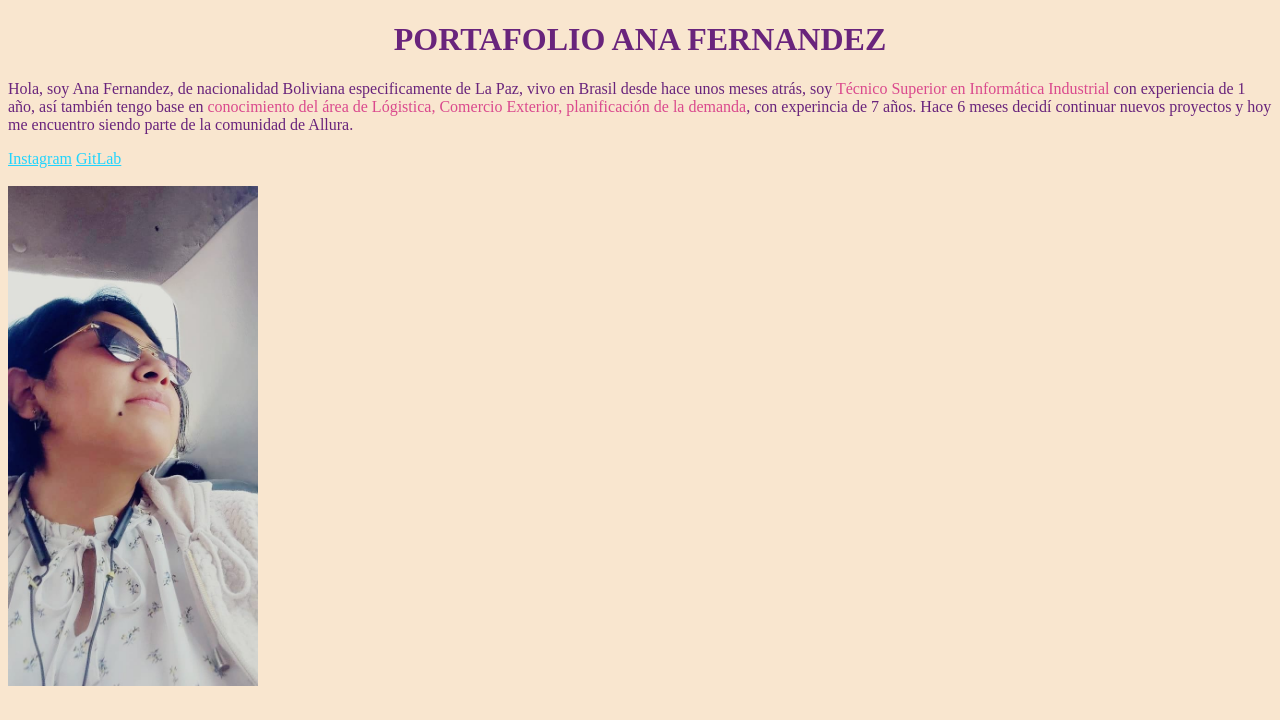
Repository: AnaFzCz/PROYECTOS-HTML---CSS2
Page: Portafolio/index.html
An editor plug-in stored every save of this project. The page is shown before and after the next save, followed by the edit.
The browser window is 1280 px wide. The pictures show the whole page.

Above is the page before, as saved 2025-01-23 06:51:05.

### Portafolio/index.html
<!DOCTYPE html>
<html lang="en">
<head>
    <meta charset="UTF-8">
    <meta http-equiv="X-UA-Compatible" content="IE=edge">
    <meta name="viewport" content="width=device-width, initial-scale=1.0">
    <title>Portafolio</title>
    <link rel="stylesheet" href="style.css">
</head>
<body>
    <header>

    </header>
    <main>
        <h1 style="text-align: center;">PORTAFOLIO ANA FERNANDEZ</h1>
        <p>Hola, soy Ana Fernandez, de nacionalidad Boliviana especificamente de La Paz, vivo en Brasil desde hace unos meses atrás, soy <span>Técnico Superior en Informática Industrial</span> con experiencia de 1 año, así también tengo base en <span>conocimiento del área de Lógistica, Comercio Exterior, planificación de la demanda</span>, con experincia de 7 años. Hace 6 meses decidí continuar nuevos proyectos y hoy me encuentro siendo parte de la comunidad de Allura.</p>
            <div >
        <a href="https://instagram.com/anafzcz">Instagram</a>
        <a href="https://github.com/AnaFzCz">GitLab</a>
        <br>
        <br>
        <img src="mindfullness.jpg" alt="myself" style="width:250px;height: 500px;">
        </div>
    </main>
    <footer></footer>
</body>
</html>

### Portafolio/style.css
body{
   background-color: #F9E6CF;
   color:#69247C;
    font-family: "papyrus";
}

span{
    color:#DA498D;
}

a{
    color: #22D4FD;
    align-content:center;
    /*border: 1px solid #22D4FD;
    padding: 10px;*/
}

h1 {
   align-content: center;
}
/*
button {
    background-color: green;
    color: white;

}
footer {
    background-color: gray;
    color: white;

}
a {
    color: DodgerBlue;

}*/

After the next save:
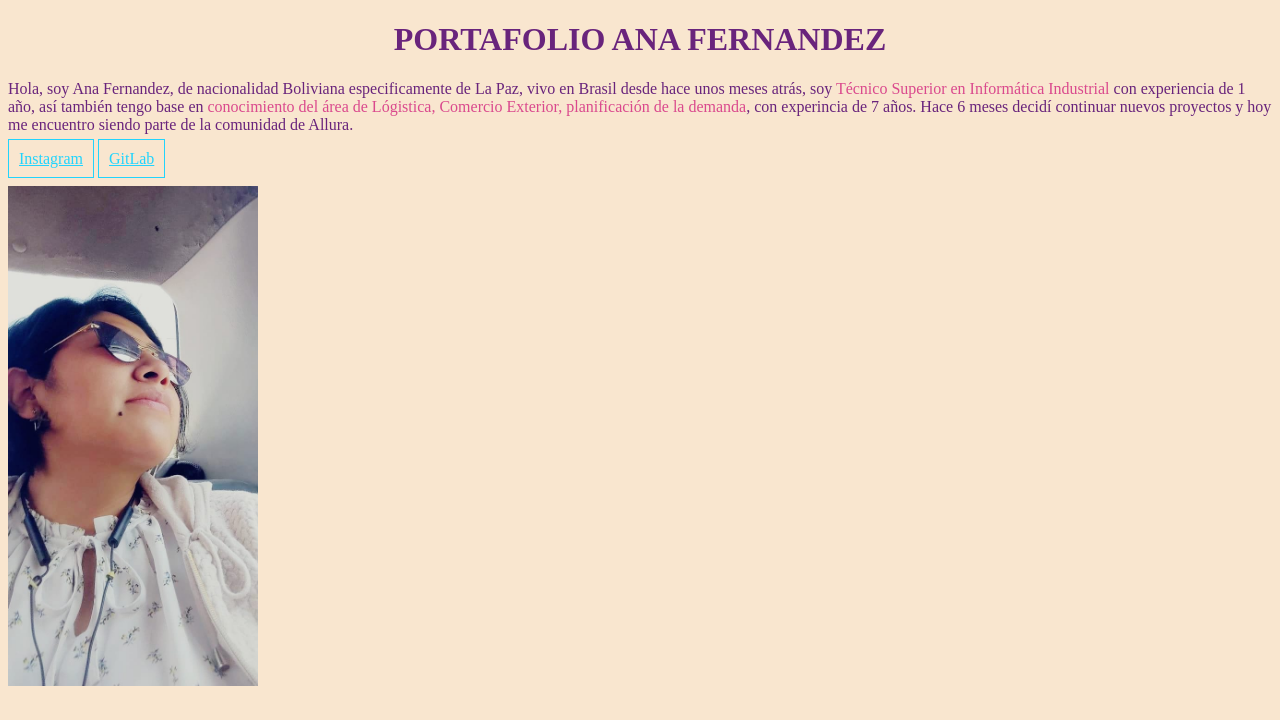
Saved 20 s later.
--- a/Portafolio/style.css
+++ b/Portafolio/style.css
@@ -10,9 +10,9 @@ span{
 
 a{
     color: #22D4FD;
-    align-content:center;
-    /*border: 1px solid #22D4FD;
-    padding: 10px;*/
+
+    border: 1px solid #22D4FD;
+    padding: 10px;
 }
 
 h1 {
